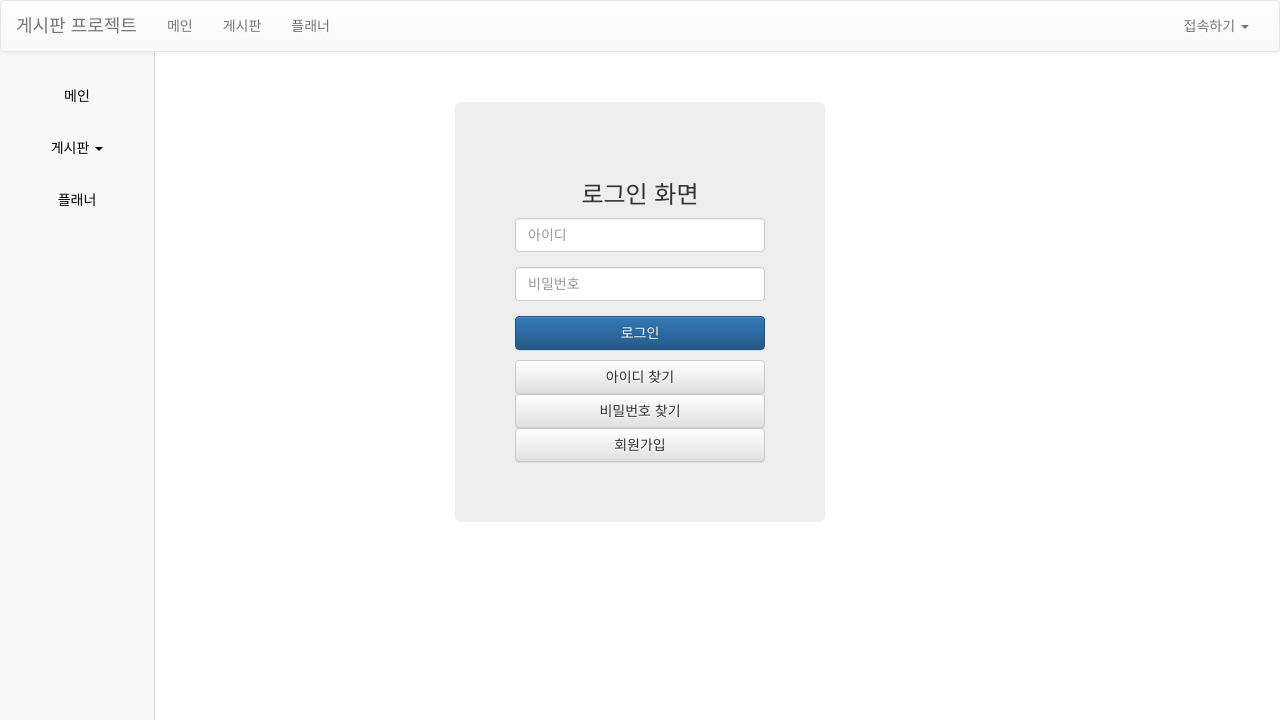
Repository: Seok7975/Project_PlannerSharingBoard
Page: http://localhost/ToDoList공유_게시판_ver3/id/login.jsp
An editor plug-in stored every save of this project. The page is shown before and after the next save, followed by the edit.
The browser window is 1280 px wide. The pictures show the whole page.
Some web libraries are served in a nearby version. The page is served by Tomcat 9. Other server files are loaded and not shown.

Above is the page before, as saved 2024-07-05 06:15:43.

### List_Projects_ver3/ToDoList공유 게시판_ver3/src/main/webapp/id/login.jsp
<%-- <!-- 로그인 페이지 -->

<%@ page language="java" contentType="text/html; charset=UTF-8"
    pageEncoding="UTF-8"%>
<!DOCTYPE html>
<html>
<head>
<meta http-equiv="Content-Type" content="text/html; charset=UTF-8">
<meta name="viewport" content="width=device-width, initial-scale=1"> <!-- 컴퓨터 핸드폰 등 기기에 맞게 변경되게 -->
<link rel="stylesheet" href="css/styles.css">
<title>JSP 게시판 웹 사이트</title>
</head>
<body>
	<nav class="navbar">
		<a class="navbar-brand" href="main.jsp">게시판 프로젝트</a>
		<ul class="navbar-nav">
			<li><a href="main.jsp">메인</a></li>
			<li><a href="bbs.jsp">게시판</a></li>
			<li class="dropdown">
				<a href="#" class="dropdown-toggle">접속하기</a>
        		<ul class="dropdown-menu">
          			<li class="active"><a href="login.jsp">로그인</a></li> <!-- active : 현재 선택되어있음 -->
          			<li><a href="join.jsp">회원가입</a></li>
       			</ul>
      		</li>
    	</ul>
	</nav>
	<div class="container">
		<div class="jumbotron">
			<form method="post" action="loginAction.jsp">
        	<h3>로그인 화면</h3>
	        	<div class="form-group">
				<input type="text" class="form-control" placeholder="아이디" name="userID" maxlength="20">
	        	</div>
	        	<div class="form-group">
	 				<input type="password" class="form-control" placeholder="비밀번호" name="userPassword" maxlength="20">
	       		</div>
	        	<input type="submit" class="btn btn-primary" value="로그인">
      		</form>
    	</div>
	</div>
</body>
</html> --%>

<%-- <%@ page language="java" contentType="text/html; charset=UTF-8"
    pageEncoding="UTF-8"%>
<!DOCTYPE html>
<html>
<head>
<meta charset="UTF-8">
<meta name="viewport" content="width=device-width", initial-scale="1">
	<!-- viewport=화면상의 표시영역, content=모바일 장치들에 맞게 크기조정, initial=초기화면 배율 설정 -->

<link rel="stylesheet" href="css/bootstrap.css">
	<!-- 스타일시트로 css폴더의 bootstrap.css파일 사용 -->

<title>게시판!!</title>
</head>
<body style= "background-color : lightblue;">


	<nav class="navbar navbar-inverse"> <!-- navbar-색상(inverse = 검은색, default = 색x) -->
		<div class="navbar-header">
			<button type="button" class="navbar-toggle collapsed"
			data-toggle="collapse" data-target="#bs-example-navbar-collapse-1"
			aria-expanded="false">
				<!-- class="navbar-toggle collapsed"=>네비게이션의 화면 출력유무
				data-toggle="collapse" : 모바일 상태에서 클릭하면서 메뉴가 나오게 설정 -->

				<span class="icon-bar"></span>
				<span class="icon-bar"></span>
				<span class="icon-bar"></span>
					<!-- 아이콘 이미지 -->

			</button>

			<a class="navbar-brand" href="main.jsp">JSP 게시판</a>
				<!-- Bootstrap navbar 기본 메뉴바 -->
		</div>

		<div class="collapse navbar-collapse" id="bs-example-navbar-collapse-1">
			<ul class="nav navbar-nav"> <!-- navbar-nav => 네비게이션 바의 메뉴 -->
				<li><a href="main.jsp">메뉴</a></li>
				<li><a href="bbs.jsp">게시판</a></li>
				<!-- 메뉴, 게시판의 main.jsp와 bbs.jsp의 파일로 각각 이동 -->
			</ul>
			<ul class="nav navbar-nav navbar-right">
				<li class="dropdown">
					<a href="#" class="dropdown-toggle"
						data-toggle="dropdown" role="button" aria-haspopup="true"
						aria-expanded="false">접속하기<span class="caret"></span></a>
						<!-- 임시의 주소링<%=  %>크 "#"을 기재한다. -->
						<!-- caret = creates a caret arrow icon (▼) -->
						w
						<ul class="dropdown-menu">
							<!-- dropdown-menu : 버튼을 눌렀을때, 생성되는 메뉴(접속하기를 눌렀을때 로그인, 회원가입 메뉴 -->

							<li class="active"><a href="login.jsp">로그인</a></li>
							<!-- active = 활성화 되었을때 로그인, 회원가입-->

							<li><a href="join.jsp">회원가입</a></li>

						</ul>
					</li>
			</ul>
		</div>
	</nav>
	<div class="container">
		<!-- 전체 레이아웃 감싸주기 -->

		<div class="col-lg-4"></div>
		<div class="col-lg-4">
			<div class="jumbotron" style="padding-top: 20px;">
				<!-- jumbotron indicates a big box(큰 상자) -->

				<form method="post" action="loginAction.jsp">
				<img alt="그림 없음" src="Circle.png">
					<h2 style="text-align : center;">로그인 화면</h2>
					<div class="form-group">
						<input type="text" class="form-control" placeholder="아이디" name="userID"
							maxlength="20">
					</div>
					<div class="form-group">
						<input type="password" class="form-control" placeholder="비밀번호" name="userPassword"
							maxlength="20">
					</div>
					<input type="submit" class="btn btn-primary form-control" value="로그인">
					<img src="JJWORLD.png">
				</form>
		</div>
	</div>
	<script src="https://code.jquery.com/jquery-3.1.1.min.js"></script>
	<script src="js/bootstrap.js"></script>

</body>
</html> --%>


<%-- <%@ page language="java" contentType="text/html; charset=UTF-8"
    pageEncoding="UTF-8"%>
<!DOCTYPE html>
<html>
<head>
<meta http-equiv="Content-Type" content="text/html; charset=UTF-8">
<meta name="viewport" content="width=device-width, initial-scale=1"> <!-- 컴퓨터 핸드폰 등 기기에 맞게 변경되게 -->
<!-- <link rel="stylesheet" href="css/bootstrap.css"> -->
<!-- Latest compiled and minified CSS -->
<link rel="stylesheet" href="https://cdn.jsdelivr.net/npm/bootstrap@3.3.7/dist/css/bootstrap.min.css" integrity="sha384-BVYiiSIFeK1dGmJRAkycuHAHRg32OmUcww7on3RYdg4Va+PmSTsz/K68vbdEjh4u" crossorigin="anonymous">

<!-- Optional theme -->
<link rel="stylesheet" href="https://cdn.jsdelivr.net/npm/bootstrap@3.3.7/dist/css/bootstrap-theme.min.css" integrity="sha384-rHyoN1iRsVXV4nD0JutlnGaslCJuC7uwjduW9SVrLvRYooPp2bWYgmgJQIXwl/Sp" crossorigin="anonymous">

<!-- jQuery (necessary for Bootstrap's JavaScript plugins) -->
<script src="https://code.jquery.com/jquery-3.1.1.min.js" integrity="sha384-5sAR7xN1Nv6B4z2p6bJp6t4q2Z5y5Q4h1r5k5R5k5R5k5R5k5R5k5R5k5R5k5R5k5R5k5R5k5R5k5R5k5R5k5R5k5R5k5R5k5R5k5R5k5R5k5" crossorigin="anonymous"></script>

<!-- Latest compiled and minified JavaScript -->
<script src="https://cdn.jsdelivr.net/npm/bootstrap@3.3.7/dist/js/bootstrap.min.js" integrity="sha384-Tc5IQib027qvyjSMfHjOMaLkfuWVxZxUPnCJA7l2mCWNIpG9mGCD8wGNIcPD7Txa" crossorigin="anonymous"></script>

<title>JSP 게시판 웹 사이트</title>
</head>
<body>
	<nav class="navbar navbar-default">
		<div class="navbar-header">
			<button type="button" class="navbar-toggle collapsed"
				data-toggle="collapse" data-target="#bs-example-navbar-collapse-1"
				aria-expanded="false">
				<span class="icon-bar"></span>
				<span class="icon-bar"></span>
				<span class="icon-bar"></span>
			</button>
			<a class="navbar-brand" href="main.jsp">게시판 프로젝트</a>
		</div>
		<div class="collapse navbar-collapse" id="bs-example-navbar-collapse-1">
			<ul class="nav navbar-nav">
				<li><a href="main.jsp">메인</a></li>
				<li><a href="bbs.jsp">게시판</a></li>
			</ul>
			<ul class="nav navbar-nav navbar-right">
				<li class="dropdown">
					<a href="#" class="dropdown-toggle"
						data-toggle="dropdown" role="button" aria-haspopup="true"
						aria-expanded="false">접속하기<span class="caret"></span></a>
					<ul class="dropdown-menu">
						<li class="active"><a href="login.jsp">로그인</a></li> <!-- active : 현재 선택되어있음 -->
						<li><a href="join.jsp">회원가입</a></li>
					</ul>
				</li>
			</ul>
		</div>
	</nav>
	<div class="container">
		<div class="col-lg-4"></div>
		<div class="col-lg-4">
			<div class="jumbotron" style="padding-top: 20px;">
				<form method="post" action="loginAction.jsp">
					<h3 style="text-align: center;">로그인 화면</h3>
					<div class="form-group">
						<input type="text" class="form-control" placeholder="아이디" name="userID" maxlength="20">
					</div>
					<div class="form-group">
						<input type="password" class="form-control" placeholder="비밀번호" name="userPassword" maxlength="20">
					</div>
					<input type="submit" class="btn btn-primary form-control" value="로그인">
				</form>
			</div>
		</div>
		<div class="col-lg-4"></div>
	</div>
<!-- 	<script src="https://code.jquery.com/jquery-3.1.1.min.js"></script>
	<script src="js/bootstrap.js"></script> -->
</body>
</html>


 --%>

<%@ page language="java" contentType="text/html; charset=UTF-8"
    pageEncoding="UTF-8"%>
<!DOCTYPE html>
<html>
<head>
<meta http-equiv="Content-Type" content="text/html; charset=UTF-8">
<meta name="viewport" content="width=device-width, initial-scale=1">
<!-- Latest compiled and minified CSS -->
<link rel="stylesheet" href="https://cdn.jsdelivr.net/npm/bootstrap@3.3.7/dist/css/bootstrap.min.css" integrity="sha384-BVYiiSIFeK1dGmJRAkycuHAHRg32OmUcww7on3RYdg4Va+PmSTsz/K68vbdEjh4u" crossorigin="anonymous">
<!-- Optional theme -->
<link rel="stylesheet" href="https://cdn.jsdelivr.net/npm/bootstrap@3.3.7/dist/css/bootstrap-theme.min.css" integrity="sha384-rHyoN1iRsVXV4nD0JutlnGaslCJuC7uwjduW9SVrLvRYooPp2bWYgmgJQIXwl/Sp" crossorigin="anonymous">

<link rel="stylesheet" href="../css/idStyle.css"> <!-- 외부 CSS 파일 참조 -->
<!-- jQuery (necessary for Bootstrap's JavaScript plugins) -->
<script src="https://code.jquery.com/jquery-3.1.1.min.js"></script>
<!-- Latest compiled and minified JavaScript -->
<script src="https://cdn.jsdelivr.net/npm/bootstrap@3.3.7/dist/js/bootstrap.min.js" integrity="sha384-Tc5IQib027qvyjSMfHjOMaLkfuWVxZxUPnCJA7l2mCWNIpG9mGCD8wGNIcPD7Txa" crossorigin="anonymous"></script>
<!-- <link rel="stylesheet" href="css/jumbotronCustom.css"> -->
<title>JSP 게시판 웹 사이트</title>
<style>
    .login-container {
        max-width: 400px;

        margin: 50px auto;
    }

    .jumbotron {
        padding: 60px;
        text-align: center;
    }

    .form-group {
        margin-bottom: 15px;
    }
</style>
<script>
$(document).ready(function() {
    function toggleSidebar() {
        if ($(window).width() > 768) {
            $('.sidebar').addClass('show');
            $('.main-content').removeClass('expanded');
        } else {
            $('.sidebar').removeClass('show');
            $('.main-content').addClass('expanded');
        }
    }

    // 초기 로드 시 사이드바 상태 설정
    toggleSidebar();

    // 창 크기가 변경될 때마다 사이드바 상태 업데이트
    $(window).resize(function() {
        toggleSidebar();
    });

    // 사이드바 토글 버튼 (필요한 경우)
    $('.navbar-toggle').click(function() {
        $('.sidebar').toggleClass('show');
        if ($('.sidebar').hasClass('show')) {
            $('.main-content').removeClass('expanded');
        } else {
            $('.main-content').addClass('expanded');
        }
    });
});
</script>
</head>
<body>
     <div class="sidebar">
        <a href="../main.jsp" style="text-align: center;" >메인</a>
        <div class="dropdown">
            <a href="../bbs.jsp?bbsCategory=all" style="text-align: center;" >게시판 <span class="caret"></span></a>
            <ul class="dropdown-menu">
                <li><a href="../bbs.jsp?bbsCategory=all" style="text-align: center;">전체글보기</a></li>
                <li><a href="../bbs.jsp?bbsCategory=free" style="text-align: center;">자유게시판</a></li>
                <li><a href="../bbs.jsp?bbsCategory=study" style="text-align: center;">공부게시판</a></li>
                <li><a href="../bbs.jsp?bbsCategory=exercise" style="text-align: center;">운동게시판</a></li>
            </ul>
        </div>
        <a href="planner/planner.jsp" style="text-align: center;">플래너</a>
    </div>
	<nav class="navbar navbar-default">
		<div class="container-fluid">
			<div class="navbar-header">
				<button type="button" class="navbar-toggle collapsed" data-toggle="collapse" data-target="#bs-example-navbar-collapse-1" aria-expanded="false">
					<span class="sr-only">Toggle navigation</span>
					<span class="icon-bar"></span>
					<span class="icon-bar"></span>
					<span class="icon-bar"></span>
				</button>
				<a class="navbar-brand" href="../main.jsp">게시판 프로젝트</a>
			</div>
			<div class="collapse navbar-collapse" id="bs-example-navbar-collapse-1">
				<ul class="nav navbar-nav">
					<li><a href="../main.jsp">메인</a></li>
					<li><a href="../bbs.jsp">게시판</a></li>
					<li><a href="../planner/planner.jsp">플래너</a></li>
				</ul>
				<ul class="nav navbar-nav navbar-right">
					<li class="dropdown">
						<a href="#" class="dropdown-toggle" data-toggle="dropdown" role="button" aria-haspopup="true" aria-expanded="false">접속하기 <span class="caret"></span></a>
						<ul class="dropdown-menu">
							<li class="active"><a href="login.jsp">로그인</a></li>
							<li><a href="join.jsp">회원가입</a></li>
<!-- 							<li><a href="findID.jsp">아이디 찾기</a></li>
							<li><a href="findPassword.jsp">비밀번호 찾기</a></li> -->
						</ul>
					</li>
				</ul>
			</div>
		</div>
	</nav>
	<div class="container login-container">
		<div class="jumbotron">
			<form method="post" action="loginAction.jsp">
				<h3 style="text-align: center;">로그인 화면</h3>
				<div class="form-group">
					<input type="text" class="form-control" placeholder="아이디" name="userID" maxlength="20">
				</div>
				<div class="form-group">
					<input type="password" class="form-control" placeholder="비밀번호" name="userPassword" maxlength="20">
				</div>
				<div>
					<input type="submit" class="btn btn-primary form-control" value="로그인">
				</div>
			</form>
			<div style="margin-top: 10px;">
				<a href="findId.jsp" class="btn btn-default form-control">아이디 찾기</a>
				<a href="findPassword.jsp" class="btn btn-default form-control">비밀번호 찾기</a>
				<a href="join.jsp" class="btn btn-default form-control">회원가입</a>
			</div>
		</div>
	</div>
</body>
</html>

### List_Projects_ver3/ToDoList공유 게시판_ver3/src/main/webapp/css/idStyle.css
@charset "UTF-8";

/* 네비게이션 바를 상단에 고정 */
.navbar-fixed-top {
    position: fixed;
    top: 0;
    width: 100%;
    z-index: 1000;
}

/* 왼쪽 사이드바 스타일 */
.sidebar {
    position: fixed;
    top: 50px; /* 네비게이션 바 높이만큼 아래로 내림 */
    left: 0;
    width: 155px;
    height: calc(100% - 50px); /* 네비게이션 바 높이만큼 줄임 */
    background-color: #f8f8f8;
    padding-top: 20px;
    border-right: 1px solid #ddd;
    transition: width 0.3s ease, opacity 0.3s ease; /* 사이드바 너비와 투명도 변화 애니메이션 */
    /* overflow: hidden; */
}

/* 작은 화면에서 사이드바 숨기기 */
@media (max-width: 768px) {
    .sidebar {
        left: -250px;
    }
}

/* 사이드바가 보일 때 클래스 */
.sidebar.show {
    left: 0;
}

/* 메인 콘텐츠 스타일 */
.main-content {
    margin-left: 155px; /* 기본 사이드바 너비만큼 마진 */
    transition: margin-left 0.3s;
}

/* 작은 화면에서 메인 콘텐츠 마진 조정 */
@media (max-width: 768px) {
    .main-content {
        margin-left: 0;
    }
}

.sidebar a {
    display: block;
    color: black;
    padding: 16px;
    text-decoration: none;
}

.sidebar a:hover {
    background-color: #ddd;
    color: black;
}

.sidebar .dropdown-menu {
    display: none;
    position: static;
    float: none;
    background-color: #f8f8f8;
    border: none;
    box-shadow: none;
}

.sidebar .dropdown:hover .dropdown-menu {
    display: block;
    animation: slideDown 0.3s ease-in-out; /* 슬라이딩 애니메이션 추가 */
}

/* 사이드바가 사라질 때의 스타일 */
.sidebar.hidden {
    width: 0;
    opacity: 0;
    overflow: hidden;
}

/* 메인 콘텐츠가 확장될 때의 스타일 */
.main-content.expanded {
    margin-left: 0;
}

@keyframes slideDown {
    0% {
        opacity: 0;
        transform: translateY(-10px);
    }
    100% {
        opacity: 1;
        transform: translateY(0);
    }
}

/* 드롭다운 메뉴가 커서를 가져다 대기만 해도 열리도록 설정 */
.navbar-nav > li.dropdown:hover > .dropdown-menu {
    display: block;
    animation: slideDown 0.3s ease-in-out; /* 슬라이딩 애니메이션 추가 */
}

.category-title {
    font-size: 24px; /* 텍스트 크기 */
    font-weight: bold; /* 텍스트 굵기 */
    margin-bottom: 20px; /* 아래쪽 여백 */
    /* text-align: center; */ /* 가운데 정렬 */
    /* color: #333; */ /* 텍스트 색상 */
}

a, a:hover {
    color: #000000;
    text-decoration: none;
}

    .login-container {
        max-width: 400px;
        margin: 50px auto;
    }

After the next save:
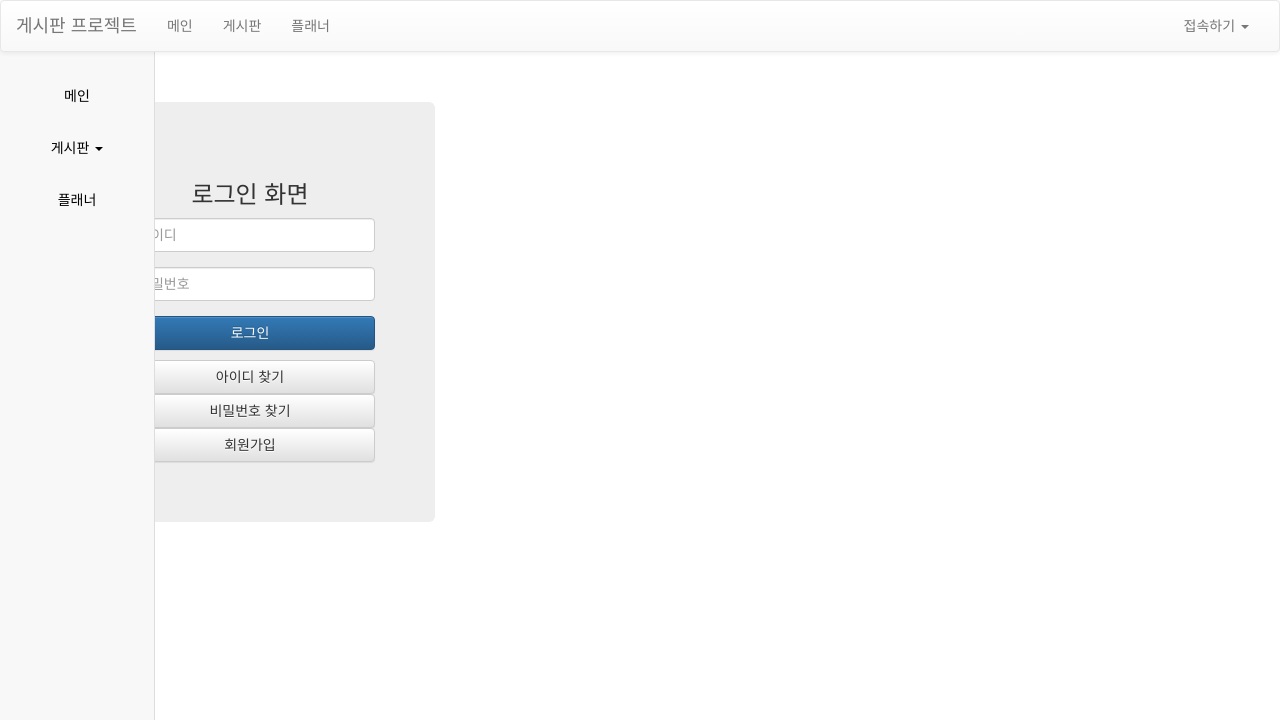
Saved 27 s later.
--- a/List_Projects_ver3/ToDoList공유 게시판_ver3/src/main/webapp/id/login.jsp
+++ b/List_Projects_ver3/ToDoList공유 게시판_ver3/src/main/webapp/id/login.jsp
@@ -237,7 +237,7 @@
     .login-container {
         max-width: 400px;
 
-        margin: 50px auto;
+        margin: 50px;
     }
 
     .jumbotron {

After the save that followed:
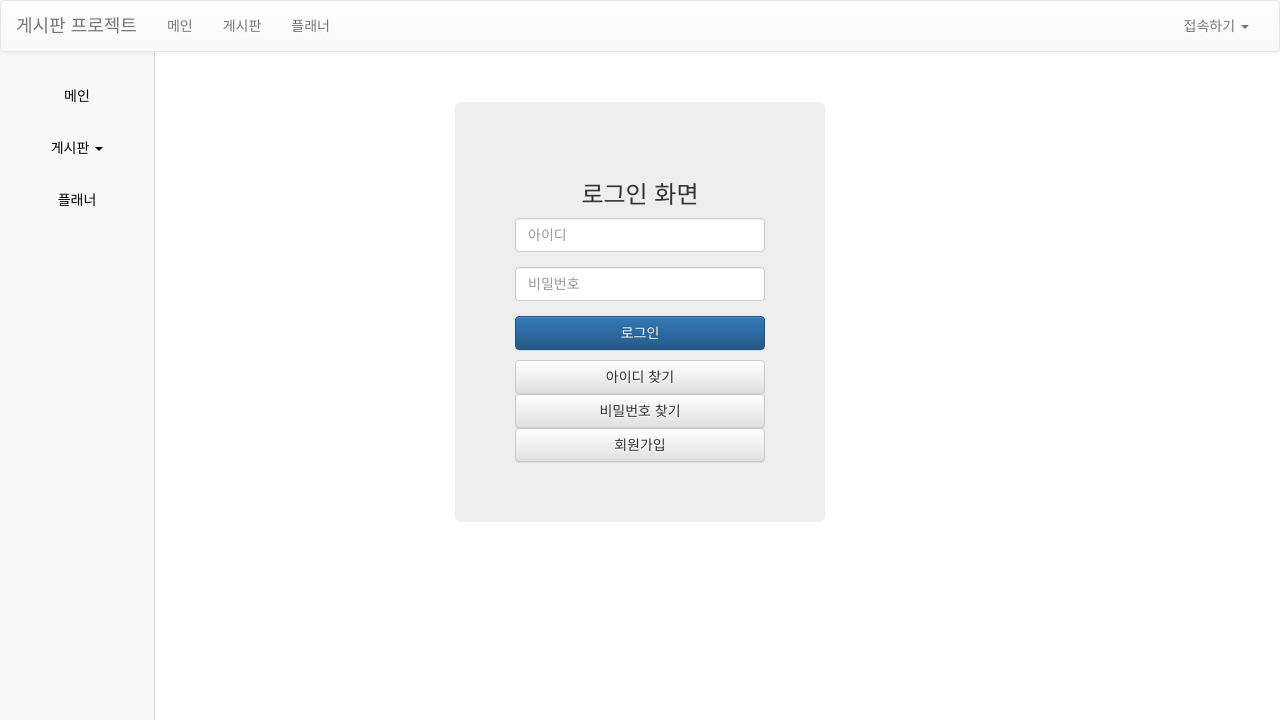
Saved 11 s later.
--- a/List_Projects_ver3/ToDoList공유 게시판_ver3/src/main/webapp/id/login.jsp
+++ b/List_Projects_ver3/ToDoList공유 게시판_ver3/src/main/webapp/id/login.jsp
@@ -237,7 +237,7 @@
     .login-container {
         max-width: 400px;
 
-        margin: 50px;
+        margin: 50px auto;
     }
 
     .jumbotron {
